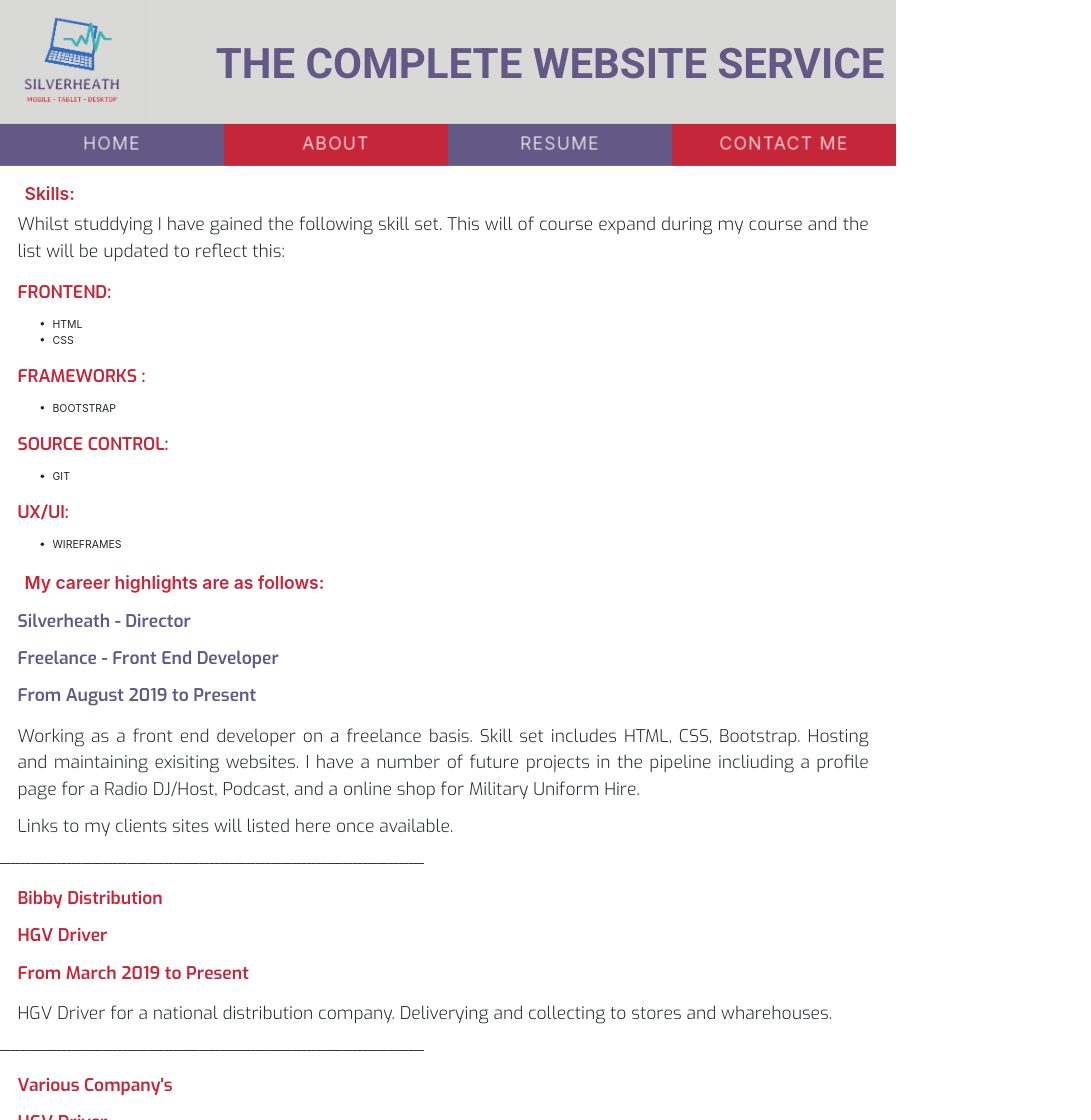
Repository: Code-Institute-Submissions/silverheath
Page: resume.html
The author's editor kept a record of every edit. The page is drawn from the files as they stood at one moment, then again after the next edit.
The browser window is 1280 px wide. The page is 1305 px wide, then 1558 px, so the pictures cover 1558 px, including what lies to the right of the window. The pictures show the part of the page from y = 0 to 1600 px (the page is 2798 px tall before and 2834 px after), at 70% of full size.
Some web libraries are served in a nearby version.

Above is the page before.

### resume.html
<!DOCTYPE html>
<html lang="en">

<head>
    <meta name="author" content="Mark Dyson">
    <meta charset="UTF-8">
    <meta name="viewport" content="width=device-width, initial-scale=1.0">
    <meta http-equiv="X-UA-Compatible" content="ie=edge">
    <link rel="stylesheet" href="https://maxcdn.bootstrapcdn.com/bootstrap/4.2.1/css/bootstrap.min.css" type="text/css" />
    <link rel="stylesheet" href="https://maxcdn.bootstrapcdn.com/font-awesome/4.7.0/css/font-awesome.min.css" type="text/css" />
    <link rel="stylesheet" href="https://cdnjs.cloudflare.com/ajax/libs/hover.css/2.1.1/css/hover-min.css" type="text/css" />
    <link rel="stylesheet" href="assets/css/style.css">
    <title>Silverheath</title>
</head>

<body>
    <header>
        <div class="row no-gutters">
            <a class="col-md-2 logo" href="index.html"></a>
            <div class="col-md-10">
                <div class="row no-gutters bg-color-name-title uppercase">
                    <div class="col heading">
                        <h1 class="title" <h1 class="title">The complete website service</h1>

                    </div>
                </div>
            </div>
        </div>
        <div class="row no-gutters">
            <div class="col">
                <ul id="nav" class="list-inline menucontainer">
                    <li class="col-6 col-sm-3 list-inline-item ui-menu-color-home menuitem">
                        <a href="index.html" class="hvr-bounce-to-top"><span>Home</span></a>
                    </li>
                    <li class="col-6 col-sm-3 list-inline-item ui-menu-color-about menuitem">
                        <a href="about.html" class="hvr-bounce-to-bottom"><span>About</span></a>
                    </li>
                    <li class="col-6 col-sm-3 list-inline-item ui-menu-color-resume menuitem">
                        <a href="resume.html" class="hvr-bounce-to-top"><span>Resume</span></a>
                    </li>
                    <li class="col-6 col-sm-3 list-inline-item ui-menu-color-contact menuitem">
                        <a href="contact.html" class="hvr-bounce-to-bottom"><span>Contact Me</span></a>
                    </li>
                </ul>
            </div>
        </div>
        </div>
        </div>
    </header>
    <div>
        <h4 class="resume-one uppercases">Skills:</h4>
        <div class=intro>
            <p>Whilst studdying I have gained the following skill set. This will of course expand during my course and the list will be updated to reflect this:</p>

        </div>
        <div>
            <h4 class="section-heading uppercase about-header">Frontend:</h4>
            <div class=resume-list uppercase>
            <ul>
                <li>HTML</li>
                <li>CSS</li>
            </ul>
            </div>
            <h4 class="section-heading uppercase about-header">Frameworks :</h4>
             <div class="resume-list uppercase">
            <ul>
                <li>Bootstrap</li>
            </ul>
            </div>
            <h4 class="section-heading uppercase about-header">Source control:</h4>
             <div class="resume-list uppercase">
            <ul>
                <li>Git</li>
            </ul>
            </div>
            <h4 class="section-heading uppercase about-header">UX/UI:</h4>
             <div class="resume-list uppercase">
            <ul>
                <li>Wireframes</li>
            </ul>
            </div>
        </div>
    </div>
    <div class=resume-spacer>
        <p> </p>
    </div>

    <div class=resume-one>
        <p>My career highlights are as follows:</p>
        <p> </p>
    </div>
    <div class=resume-header>
        <p>Silverheath - Director</p>
        <p>Freelance - Front End Developer</p>
        <p>From August 2019 to Present</p>
    </div>
    <div class=resume>
        <p>Working as a front end developer on a freelance basis. Skill set includes HTML, CSS, Bootstrap. Hosting and maintaining exisiting websites. I have a number of future projects in the pipeline incliuding a profile page for a Radio DJ/Host, Podcast,
            and a online shop for Military Uniform Hire.</p>
        <p>Links to my clients sites will listed here once available.</p>
    </div>
    <div class=about-spacer>
        <p>___________________________________________________________________________________</p>
    </div>
    <div class=about-header>
        <p>Bibby Distribution</p>
        <p>HGV Driver</p>
        <p>From March 2019 to Present</p>
    </div>
    <div class=about>

        <p>HGV Driver for a national distribution company. Deliverying and collecting to stores and wharehouses.</p>
    </div>
    <div class=about-spacer>
        <p>___________________________________________________________________________________</p>
    </div>
    <div class=about-header>
        <p>Various Company's</p>
        <p>HGV Driver</p>
        <p>From 2007 to March 2019</p>
    </div>
    <div class=intro>
        <p>HGV Driver.</p>
    </div>
    <div class=about-spacer>
        <p>___________________________________________________________________________________</p>
    </div>
    <div class=about-header>
        <p>Mark's Driving Services</p>
        <p>Director</p>
        <p>From 2009 to 2011</p>
    </div>
    <div class=about>
        <p>Provided a Driving Instruction service to individuals and companies. Developed excellent professional relationships with peers.</p>
    </div>
    <div class=about-spacer>
        <p>___________________________________________________________________________________</p>
    </div>
    <div class=about-header>
        <p>Phoenix IT</p>
        <p>Helpdesk Analyst</p>
        <p>From 2003 to 2006</p>
    </div>
    <div class=about>
        <p>Part of the 1st Line IT Support team offering deskside and remote support to a portfolio of clients including Ofsted and CPS.</p>
    </div>
    <div class=about-spacer>
        <p>___________________________________________________________________________________</p>
    </div>

    <div class=about-header>
        <p>Pink Roccade</p>
        <p>Helpdesk Analyst</p>
        <p>From 1998 to 2003</p>
    </div>
    <div class=about>
        <p>Responsible for identifying, troubleshooting and resolving reported issues assigned in a 1st Line Support capacity.</p>



    </div>

    </div>











    </section>
    <footer class="container-fluid">
        <div id="footer-details" class="row">
            <div class="col-sm-4">
                <h5 class="uppercase general-sub">Mark Dyson</h5>
                <p class="inline-block">
                    07455 900078 </p>
            </div>
            <div class="col-sm-4">
                <h5 class="uppercase general-sub">Download</h5>
                <p class="inline-block">
                    Need a printable version of my CV? Download it here.
                    <a href="assets/cv/cv.pdf" target="_blank" class="cv-pdf">
                                  <i class="fa fa-download" aria-hidden="true"></i>
                                  <span class="sr-only">Download link.</span>
                              </a>
                </p>
            </div>
            <div class="col-sm-4">
                <h5 class="uppercase general-sub">Social</h5>
                <ul class="list-inline social-links">
                    <li class="list-inline-item">
                        <a target="_blank" href="https://www.facebook.com/T123MRD">
                                        <i class="fa fa-facebook" aria-hidden="true"></i>
                                        <span class="sr-only">Facebook</span>
                                    </a>
                    </li>
                    <li class="list-inline-item">
                        <a target="_blank" href="https://twitter.com/md1858">
                                        <i class="fa fa-twitter" aria-hidden="true"></i>
                                        <span class="sr-only">Twitter</span>
                                    </a>
                    </li>
                    <li class="list-inline-item">
                        <a target="_blank" href="https://www.linkedin.com/in/mark-dyson-ba7397a1/">
                                        <i class="fa fa-linkedin" aria-hidden="true"></i>
                                        <span class="sr-only">LinkedIn</span>
                                    </a>
                    </li>



                </ul>
            </div>
        </div>
    </footer>
</body>

</html>

### assets/css/style.css
@import url('https://fonts.googleapis.com/css?family=Roboto:100,200,300,400,500,600,700|Exo:100,200,300,400,500,600,700');

/*--------------------------------------------Colors*/

.bg-color-name-title {
    background-color: #D9D9D8;
}

.bg-color-main-section {
    background-color: #fff;
}

.bg-color-personal-info {
    background-color: #f4f4f4;
}

.bg-color-portfolio {
    background-color: #625986;
}

.bg-color-contact {
    background-color: white;
}

.ui-menu-color-home {
    background-color: #625986;
}

.ui-menu-color-resume {
    background-color: #625986;
}

.ui-menu-color-about {
    background-color: #C52639;
}

.ui-menu-color-contact {
    background-color: #C52639;
}

.ui-menu-color-download {
    background-color: #525252;
}

.row-table {
    display: table;
}

.section-column {
    display: table-cell;
    padding: 0 30px 30px;
    float: none;
}

.section-heading {
    font-family: "Exo", sans-serif;
    font-weight: 300;
    margin-top: 25px;
    margin-bottom: 60px;
}

.portfolio-heading {
    color: #625986;
    font-weight: bold;
}


/* ----------------------------------------Special paddings/margins/text */

h1,
h2,
h3,
h4 {
    margin: 0;
}

.uppercase {
    text-transform: uppercase;
}

.general-sub {
    font-family: "Exo", sans-serif;
    font-weight: 300;
    color: #C52639;
}

.inline-block {
    display: inline-block;
}

.row-table {
    display: table;
}

.section-column {
    display: table-cell;
    padding: 0 30px 30px;
    float: none;
}

.history-heading,
.section-heading {
    font-family: "Exo", sans-serif;
    font-weight: 300;
    margin-top: 25px;
    margin-bottom: 40px;
}

.bottom-resume {
    padding: 0 130px 130px;

}


/*--------------------------------------------Heading*/

header {
    margin: 0;
}

.heading {
    margin-top: 30px;
    margin-left: 5px;
    margin-bottom: 40px;
}

.logo {
    background: url("../images/logo.jpg");
    background-position: center;
    background-repeat: no-repeat;
    background-size: contain;
    background-color: #D9D9D8;
    min-height: 150px;
    max-height: 247px;
    transition: all .5s ease-in-out;
    -moz-transition: all .5s ease-in-out;
    -webkit-transition: all .5s ease-in-out;
}

.title {
    font-family: "Roboto", sans-serif;
    font-weight: 800;
    font-size: 60px;
    margin-top: 25px;
    margin-bottom: 10px;
    margin-left: 90px;
    color: #625986;
    text-align: left;
}

.list-inline-item:not(:last-child) {
    margin: 0;
}

.menucontainer {
    font-size: 0;
}

#nav li {
    font-size: 14px;
    padding: 0;
}

#nav {
    margin: 0;
}

.menuitem {
    height: 60px;
    text-align: center;

}

.menuitem a {
    width: 100%;
    text-decoration: none;
    color: #fff;
    height: 60px;
}

.menuitem span {
    display: block;
    width: 100%;
    padding-top: 10px;
    text-align: center;
    text-transform: uppercase;
    font-size: 25px;
    font-weight: 300;
    letter-spacing: 2px;
}

/*----------------------intro----------------------*/

.intro {
    font-family: "Exo", sans-serif;
    text-align: justify;
    font-size: 25px;
    font-weight: 300;
    margin-top: 10px;
    margin-bottom: 10px;
    margin-left: 25px;
    width: 95%;

}

.intro-header {
    font-family: "Exo", sans-serif;
    text-align: left;
    font-size: 25px;
    font-weight: 600;
    margin-top: 25px;
    margin-bottom: 20px;
    margin-left: 25px;
    width: 100%;
    color: #C52639;

}

/*----------------------about----------------------*/

.about {
    font-family: "Exo", sans-serif;
    text-align: justify;
    font-size: 25px;
    font-weight: 300;
    margin-top: 10px;
    margin-bottom: 10px;
    margin-left: 25px;
    width: 95%;

}

.about-header {
    font-family: "Exo", sans-serif;
    text-align: left;
    font-size: 25px;
    font-weight: 600;
    margin-top: 25px;
    margin-bottom: 20px;
    margin-left: 25px;
    width: 100%;
    color: #C52639;

}


/*----------------------resume---------------------*/

span.a {
    display: inline;
    width: 200px;
    height: 200px;
    padding: 5px;
    border: 2px solid black;
    background-color: white;
    margin-left: 25px;
    font-weight: bold;
    width: 90%;
}

.resume-spacer {
    margin-bottom: 30px;
    margin-top: 30px;
}

.resume-list {
    margin-left: 35px;
    font-size: 15px;
}

.resume-one {
    color: #C52639;
    margin-left: 35px;
    font-weight: 600;
    font-size: 25px;
    margin-top: 25px;
}

.resume-spacer {
    text-align: center;
    color: #C52639;
    font-size: 40px;
    font-weight: 600;
    margin-top: 5px;
    margin-bottom: 5px;


}

.resume {
    font-family: "Exo", sans-serif;
    text-align: justify;
    font-size: 25px;
    font-weight: 300;
    margin-top: 1px;
    margin-bottom: 1px;
    margin-left: 25px;
    width: 95%;

}

.resume-header {
    font-family: "Exo", sans-serif;
    text-align: left;
    font-size: 25px;
    font-weight: 600;
    margin-top: 5px;
    margin-bottom: 20px;
    margin-left: 25px;
    width: 100%;
    color: #625986;

}






/*----------------------summary----------------------*/

.topline {
    padding-top: 20px;
    padding-bottom: 10px;
    margin-bottom: 15px;
    margin-left: 200;
    text-align: center;
    font-size: 40px;
    text-transform: uppercase;
    font-weight: bold;
    color: #625986;
}

.middleline {
    padding-top: 10px;
    padding-bottom: 10px;
    margin-bottom: 15px;
    margin-left: 200;
    text-align: center;
    font-size: 40px;
    text-transform: uppercase;
    font-weight: bold;
    color: #625986;
}

.bottomline {
    padding-top: 10px;
    padding-bottom: 30px;
    margin-bottom: 15px;
    margin-left: 200;
    text-align: center;
    font-size: 40px;
    text-transform: uppercase;
    font-weight: bold;
    color: #625986;
}
/*----------------------Contact----------------------*/
.contact {
    font-family: "Exo", sans-serif;
    text-align: justify;
    font-size: 25px;
    font-weight: 300;
    margin-top: 1px;
    margin-bottom: 1px;
    margin-left: 25px;
    width: 95%;

}

.contact-header {
    font-family: "Exo", sans-serif;
    text-align: left;
    font-size: 25px;
    font-weight: 600;
    margin-top: 5px;
    margin-bottom: 20px;
    margin-left: 25px;
    width: 100%;
    color: #C52639;

}

.contact-padding {
    margin-top: 30px;


}

.contact-paddingtop {
    margin-top: 60px;


}








/*--------------------------------------------Heading*/

.heading-padding {
    margin-top: 30px;

}
/*----------------------Hover.css----------------------*/

/* hvr-underline-from-center:before */

hvr-outline-out {
    background: #C52639;
    height: 40px;
}

/* ----------------------Footer---------------------- */

footer {
    background-color: #525252;
    color: #C52639;
    min-height: 120px;
    margin: 0;
}

.cv-pdf i {
    font-size: 18px;
    color: #625986;
    text-align: center;
    padding-left: 5px;
    transition: all 0.35s ease-in-out;
    -moz-transition: all 0.35s ease-in-out;
    -webkit-transition: all 0.35s ease-in-out;
    -o-transition: all 0.35s ease-in-out;
}

.cv-pdf i:hover {
    color: #C52639;
}

.social-links {
    padding-bottom: 15px;
}

.social-links li a i {
    width: 32px;
    height: 32px;
    padding: 12px 0;
    border-radius: 50%;
    font-size: 13px;
    line-height: 7px;
    text-align: center;
    color: #C52639;
    background: #8f8f8f;
    transition: all 0.35s ease-in-out;
    -moz-transition: all 0.35s ease-in-out;
    -webkit-transition: all 0.35s ease-in-out;
    -o-transition: all 0.35s ease-in-out;
}

.social-links li a i:hover {
    background: #625986;
}

#footer-details {
    padding: 20px;
    background-color: #D9D9D8;
    color: #C52639;
    font-weight: bold;
}


/* ----------------------Media Queries---------------------- */

@media(min-width: 992px) {
    .center-form {
        padding-top: 30px;
        min-height: 240px;
        margin: 0 auto;
        max-width: 50%;
    }
}

@media(max-width: 400px) {
    .center-form {
        padding-top: 30px;
        min-height: 240px;
        margin: 0 auto;
        max-width: 50%;
    }
    .title {
        font-size: 40px;
        text-align: left;
        max-width: 100px;
        padding-left: 5px;
    }
    .intro {
        max-width: 300px;
    }
    .intro-heading {
        max-width: 300px;
    }
}

After the next edit:
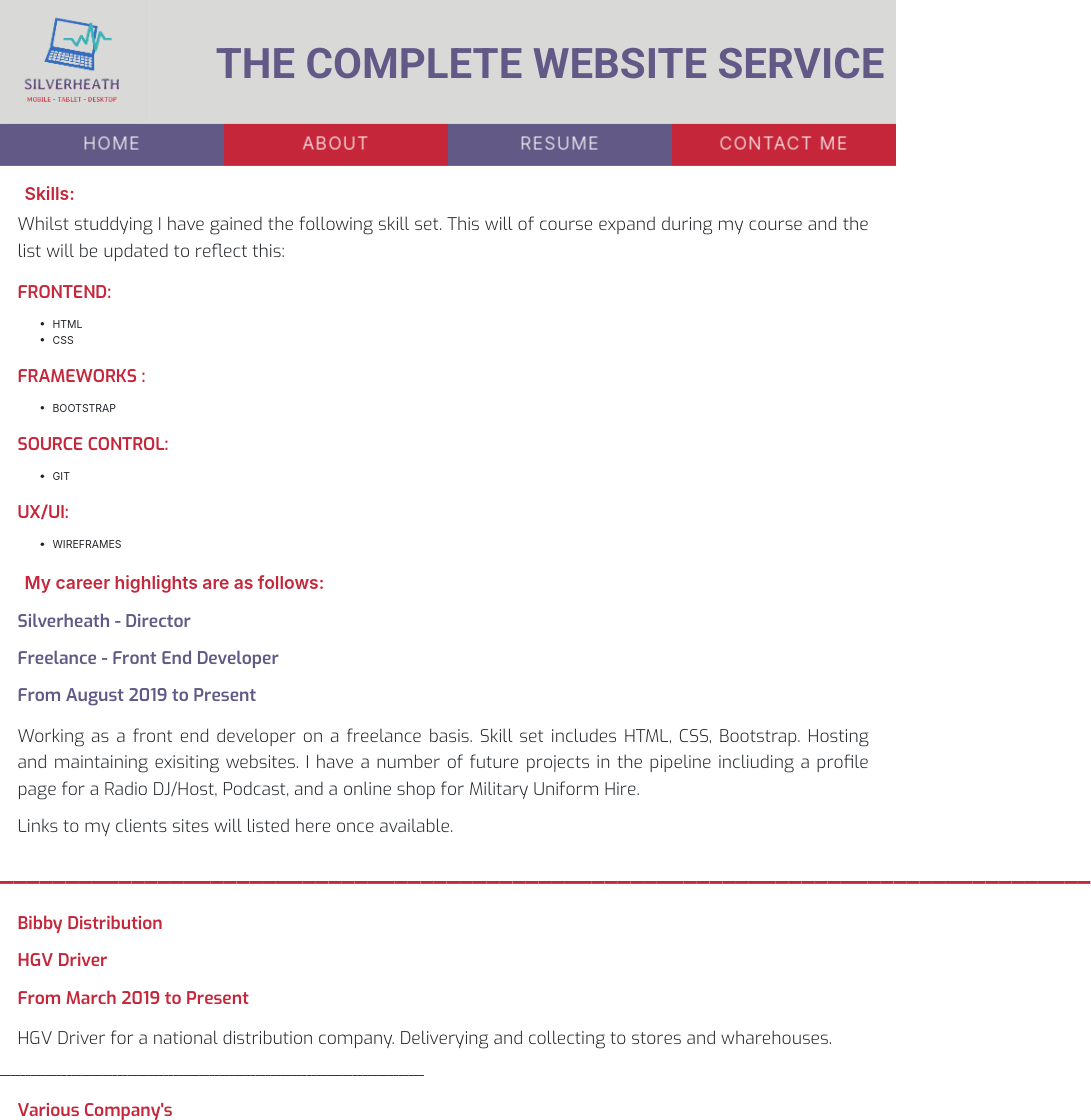
The edit:
--- a/resume.html
+++ b/resume.html
@@ -99,7 +99,7 @@
             and a online shop for Military Uniform Hire.</p>
         <p>Links to my clients sites will listed here once available.</p>
     </div>
-    <div class=about-spacer>
+    <div class=resume-spacer>
         <p>___________________________________________________________________________________</p>
     </div>
     <div class=about-header>
